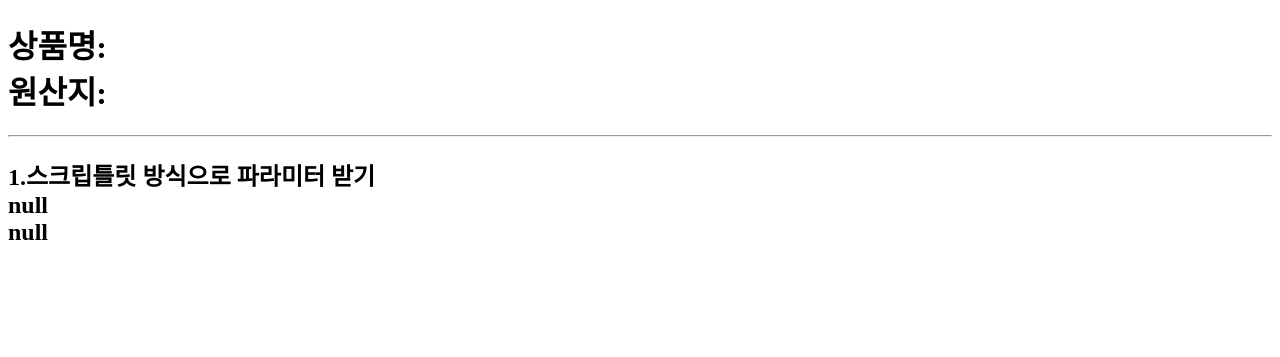
Repository: hwimi/2024-04-12
Page: http://localhost/jstl_study/step-3.jsp
An editor plug-in stored every save of this project. The page is shown before and after a run of saves, followed by the edit.
The browser window is 1280 px wide. The pictures show the whole page.
The page is served by Tomcat 9.

Above is the page before, as saved 2024-04-11 03:11:05.

After the next 2 saves:
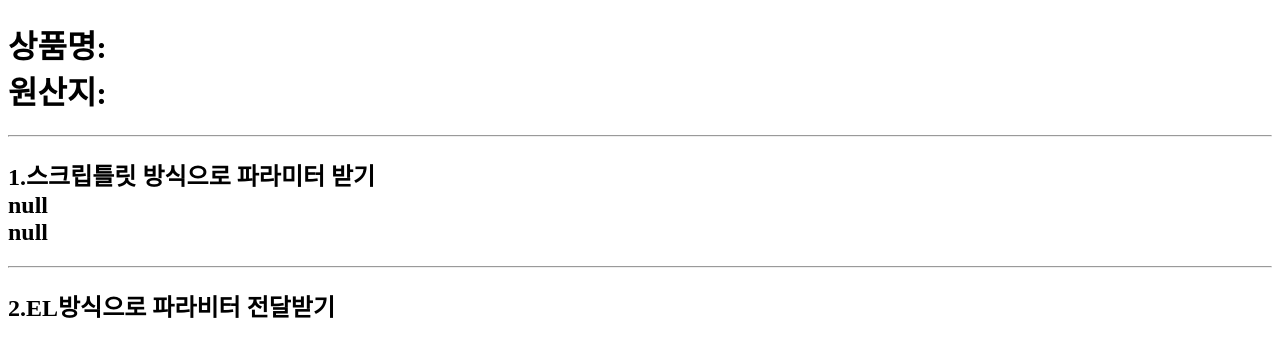
The 2 saves are shown as one change because they came seconds apart.
The last was saved 22 s later.
--- a/jstl_study/src/main/webapp/step-3.jsp
+++ b/jstl_study/src/main/webapp/step-3.jsp
@@ -20,9 +20,9 @@
 		<%=request.getParameter("name") %><br>
 		<%=request.getParameter("address") %>
 	</h2>
-
+	<hr>
 	<h2>
-
+		2.EL방식으로 파라비터 전달받기<br>
 	</h2>
 </body>
 </html>
